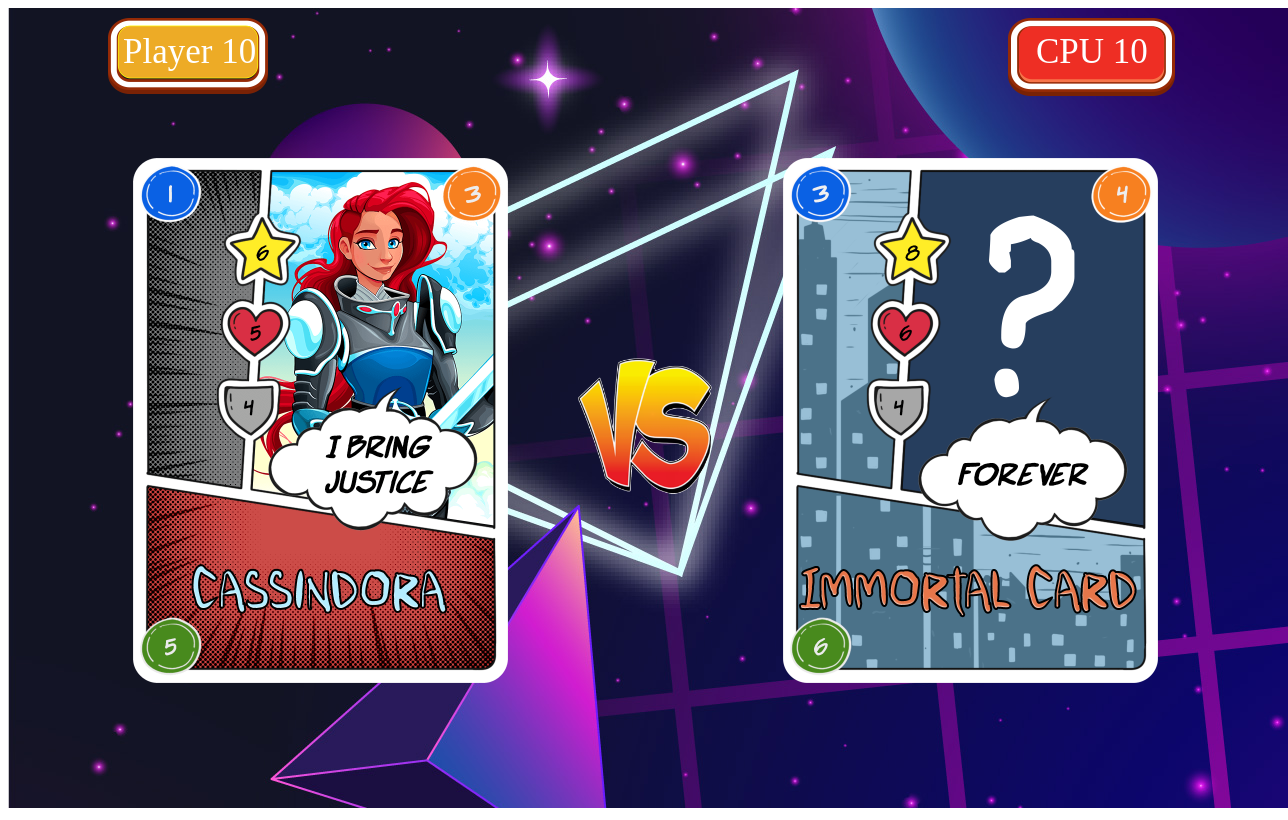
Repository: getvoiceagency/html5
Page: index.html
The author's editor kept a record of every edit. The page is drawn from the files as they stood at one moment, then again after the next edit.
The browser window is 1280 px wide. The page is 1288 px wide, so the pictures cover 1288 px, including what lies to the right of the window. The pictures show the whole page.
Some web libraries are served in a nearby version.

Above is the page before.

### index.html
<!DOCTYPE html>
<html>
    <head>
        <title> </title>
        <script src="https://cdnjs.cloudflare.com/ajax/libs/pixi.js/4.5.1/pixi.min.js"></script>
        <script src="https://cdnjs.cloudflare.com/ajax/libs/gsap/2.1.3/TweenMax.min.js"></script>
        <script src="https://cdnjs.cloudflare.com/ajax/libs/gsap/2.1.3/plugins/PixiPlugin.min.js"></script>
    </head>

    <body>

<script>

/*global PIXI*/
        var renderer = PIXI.autoDetectRenderer(1280, 800,{});
    document.body.appendChild(renderer.view);

 // // Load them google fonts before starting...!
    window.WebFontConfig = {
        google: {
        families: ['Snippet', 'Arvo:700italic', 'Podkova:700']
    },


};

// include the web-font loader script
/* jshint ignore:start */
       (function() {
        var wf = document.createElement('script');
        wf.src = ('https:' === document.location.protocol ? 'https' : 'http') +
        '://ajax.googleapis.com/ajax/libs/webfont/1/webfont.js';
        wf.type = 'text/javascript';
        wf.async = 'true';
        var s = document.getElementsByTagName('script')[0];
        s.parentNode.insertBefore(wf, s);
})();

/* jshint ignore:end */
    // create some white text
    var score1 = new PIXI.Text('Player 10', { font: '35px Snippet', fill: 'white', align: 'center' });
    var score2 = new PIXI.Text('CPU 10', { font: '35px Snippet', fill: 'white', align: 'center' });


// create the root of the scene graph
    var stage = new PIXI.Container();

    var container = new PIXI.Container();

// set container
//Set background
    stage.addChild(container);
    var landscapeTexture = PIXI.Texture.fromImage('2613089.jpg');


    var background = new PIXI.Sprite(landscapeTexture);

//Background to stage
    stage.addChild(background);

// Background positions
    background.anchor.x = 0;
    background.anchor.y = 0;
    background.position.x = 0;
    background.position.y = 0;



{
// get card 1
 {
        var card1 = PIXI.Sprite.fromImage('card1.png');


        stage.addChild(card1);
    };

    // get card 2
    {
        var card2 = PIXI.Sprite.fromImage('card2.png');


        stage.addChild(card2);
    };
    // get score orange
    {
        var scoreOrange = PIXI.Sprite.fromImage('score-orange.png');


        container.addChild(scoreOrange);
    };
    // get score red
    {
        var scoreRed = PIXI.Sprite.fromImage('score-red.png');


        container.addChild(scoreRed);
    };
     {
        var vs = PIXI.Sprite.fromImage('VS.png');


        container.addChild(vs);
    };
};



    container.x = 34;
    container.y = 10;


//card Anchors

    card1.anchor.x = 0;
    card1.anchor.y = 0;
    card2.anchor.x = 0;
    card2.anchor.y = 0;

// move the sprite to the center of the canvas
    card1.position.x = -1050;
    card1.position.y = 150;
    card2.position.x = 1450;
    card2.position.y = 150;

//Card Alpha
    card1.alpha = 0;
    card2.alpha = 0;

// Card scale
    card1.scale.x =1.0;
    card1.scale.y =1.0;
    card2.scale.x =1.0;
    card2.scale.y =1.0;

// set score positions
    score2.position.set(100);
    score1.position.set(1);

// render text to stage

    stage.addChild(scoreOrange);
    stage.addChild(scoreRed);
    stage.addChild(score1);
    stage.addChild(score2);
    stage.addChild(vs);


//set score position
    score1.position.x = 115;
    score1.position.y = 24;

    score2.position.x = 1028;
    score2.position.y = 24;

//set score position
    scoreOrange.position.x = 100;
    scoreOrange.position.y = 10;

    scoreRed.position.x = 1000;
    scoreRed.position.y = 10;

//Set VS position
    vs.position.x = 570;
    vs.position.y = 350;
    vs.scale.x =0.07;
    vs.scale.y =0.07;
    vs.alpha = 0;

/*global TimelineMax*/
/*global Sine*/
    var tl = new TimelineMax({ repeat: 0, repeatDelay: 0.5, yoyo: true })
    .to(card1, 1, { pixi: { x: 125, y: 125,}, ease: Power3.easeInOut }, 0.9 )
    .to(card1, 2, { pixi: {alpha: 1, delay:7.5,}, ease: Power3.easeInOut }, 0.9)
    .to(card1, 3, { pixi: { x: 125, y: 150, scale: 0.5,}, ease: Power3.easeInOut }, 0.9)

    var t2 = new TimelineMax({ repeat: 0, repeatDelay: 0.5, yoyo: true })
    .to(card2, 1, { pixi: { x: 125, y: 225, }, ease: Power3.easeInOut }, 0.9)
    .to(card2, 2, { pixi: {alpha: 1, delay:7.5,}, ease: Power3.easeInOut }, 0.9)
    .to(card2, 3, { pixi: { x: 775, y: 150, scale: 0.5 }, ease: Power3.easeInOut }, 0.9)

    var t3 = new TimelineMax({ repeat: 0, delay: 1.5, yoyo: true })
    .to(vs, 4, { pixi: {alpha: 1, }}, 0.1)


// start animating
    animate();

    function animate() {



    requestAnimationFrame(animate);

    // render the root container
    renderer.render(stage);

    }
</script>


    </body>
</html>

After the next edit:
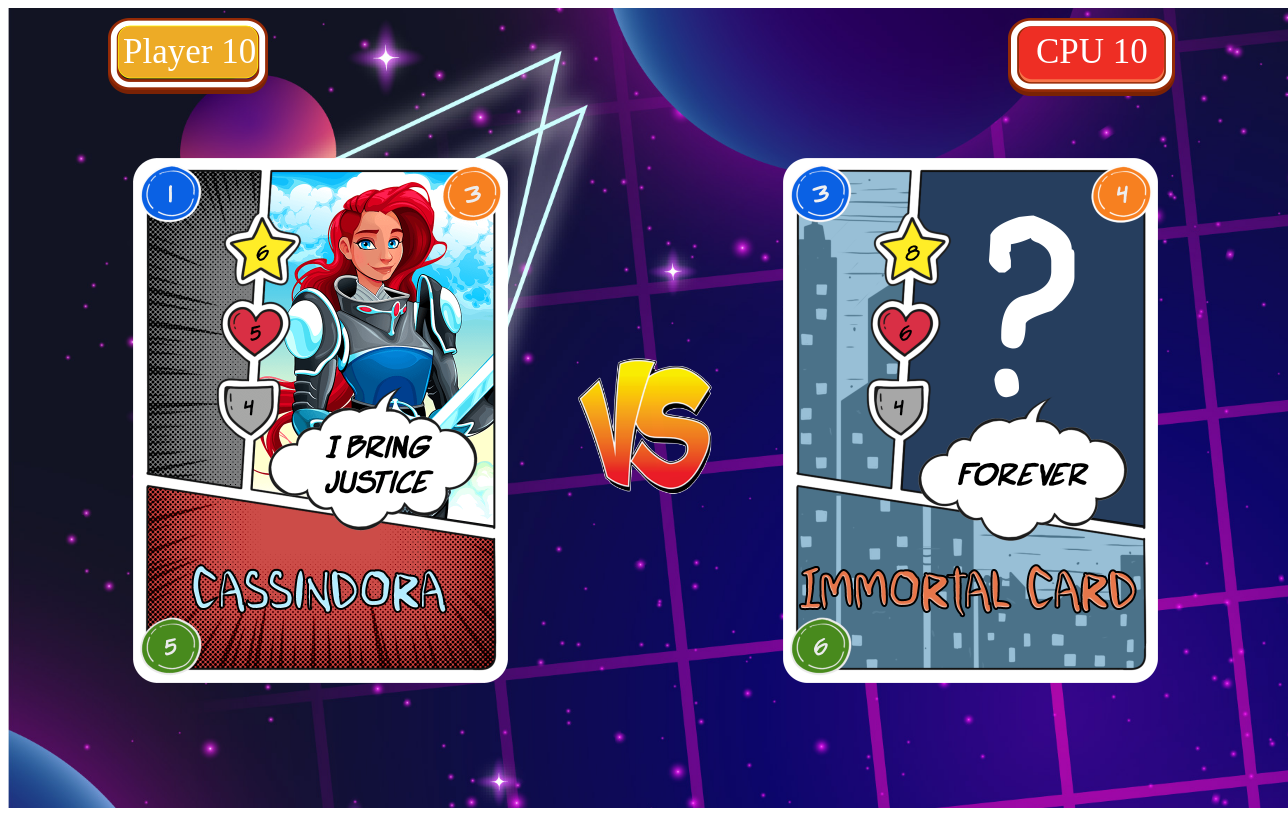
The edit:
--- a/index.html
+++ b/index.html
@@ -63,6 +63,8 @@
     background.anchor.y = 0;
     background.position.x = 0;
     background.position.y = 0;
+    background.scale.x =0.7;
+    background.scale.y =0.7;
 
 
 
